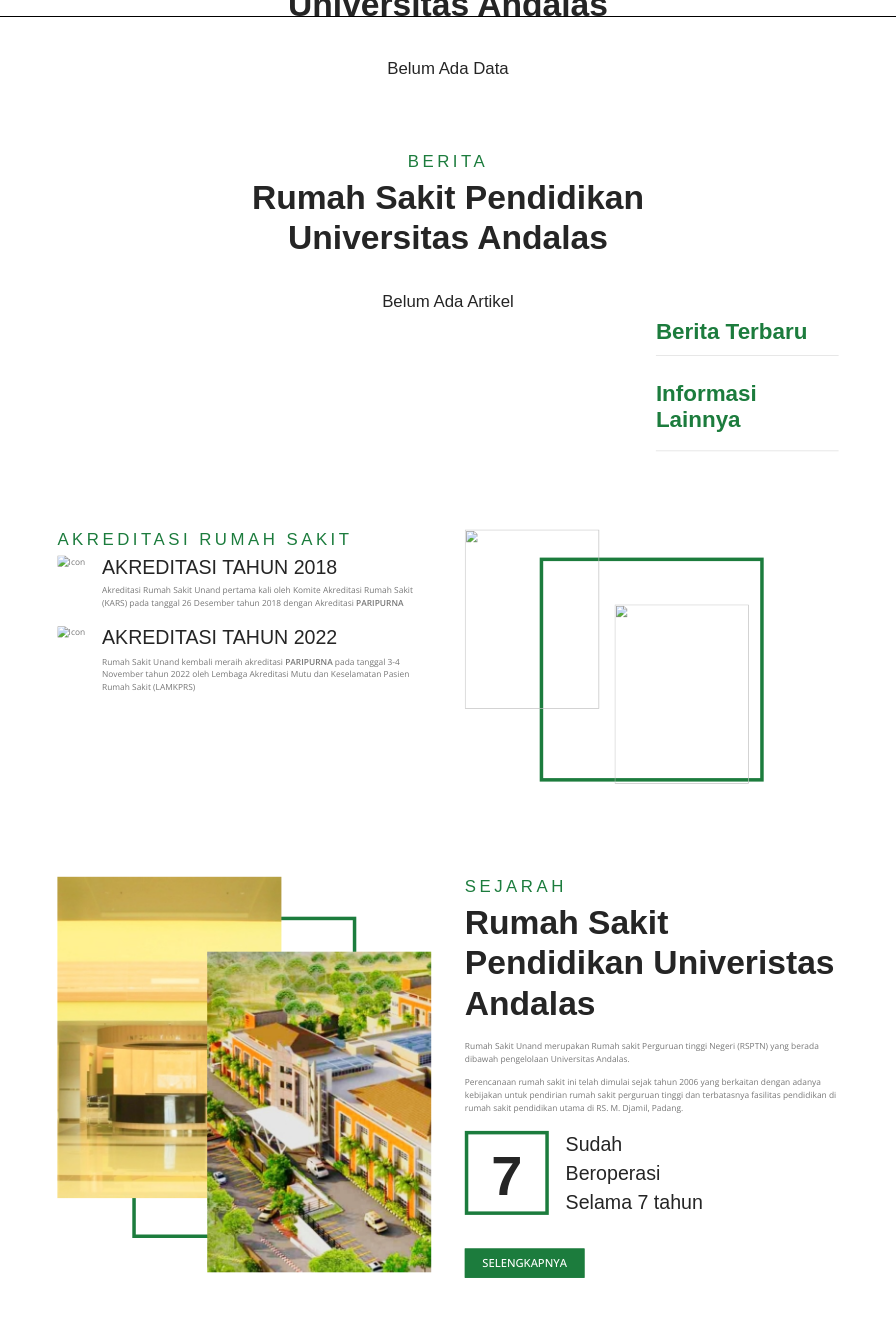
Repository: vivin-erialis/rsunand-site
Page: http://localhost/
The author's editor kept a copy of each file at every save. The page is drawn from the files as they stood at one save, then again after the next save.
The browser window is 1280 px wide. The pictures show the part of the page from y = 342 to 2262 px (the page is 3111 px tall), at 70% of full size.
Some web fonts or font styles are not loaded; a fallback is used. Some web libraries are served in a nearby version. The page is served by the project's Laravel application, run on PHP 8.4 with Laravel 12. Queries for data that is not in the repository find no rows.

Above is the page before, as saved 2024-06-10 08:18:34.
Console error: TypeError: Cannot read properties of undefined (reading 'version')

After the next save:
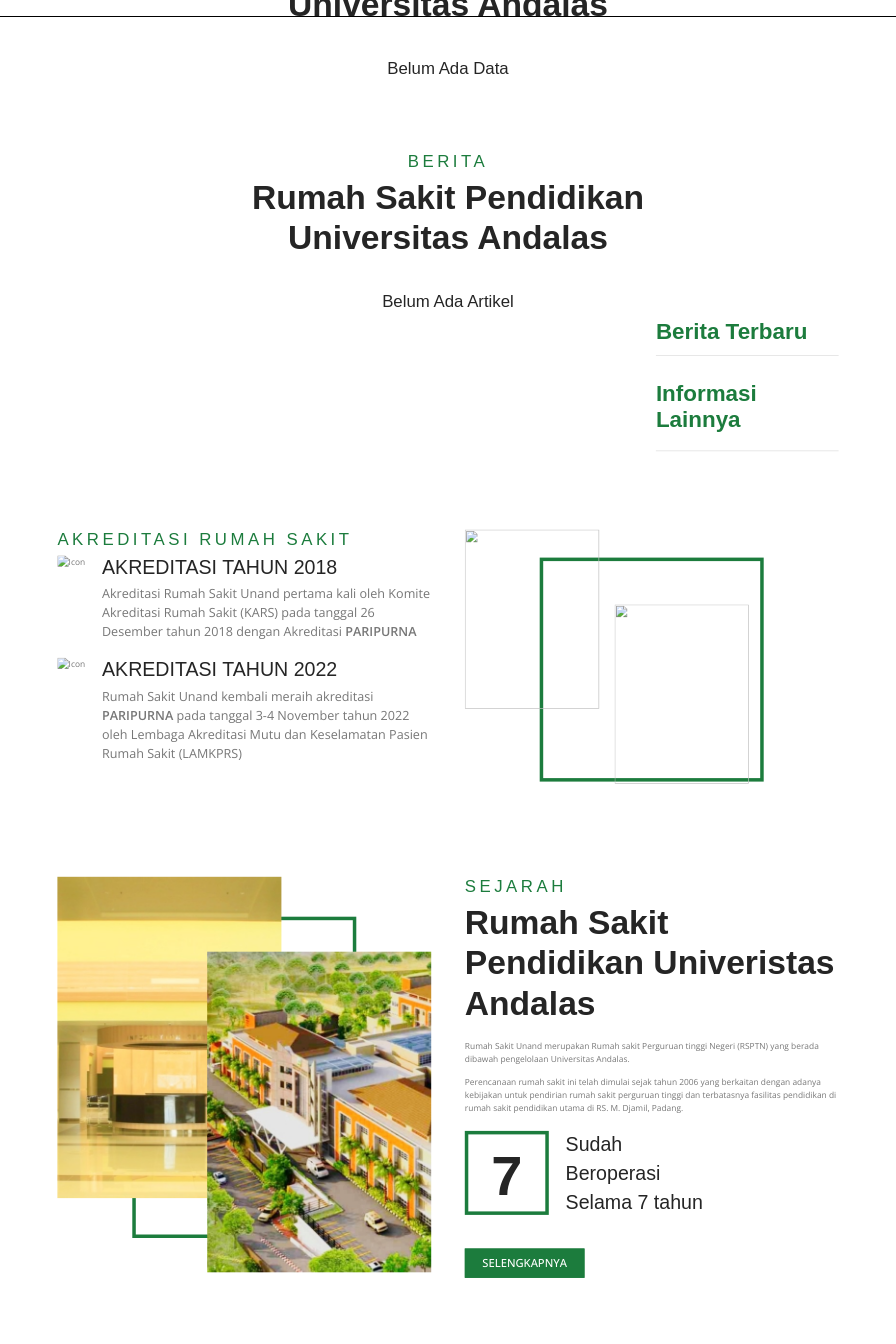
Saved 33 s later.
--- a/resources/views/Frontend/home.blade.php
+++ b/resources/views/Frontend/home.blade.php
@@ -270,7 +270,7 @@
                                 <img class="flex-shrink-0" src="img/icons/icon-2.png" alt="Icon">
                                 <div class="ms-4">
                                     <h3>AKREDITASI TAHUN 2018</h3>
-                                    <p class="mb-0">Akreditasi Rumah Sakit Unand pertama kali oleh Komite Akreditasi
+                                    <p class="mb-0" style="font-size: 18px">Akreditasi Rumah Sakit Unand pertama kali oleh Komite Akreditasi
                                         Rumah Sakit (KARS) pada tanggal 26 Desember tahun 2018 dengan Akreditasi
                                         <strong>PARIPURNA</strong>
                                     </p>
@@ -282,7 +282,7 @@
                                 <img class="flex-shrink-0" src="img/icons/icon-4.png" alt="Icon">
                                 <div class="ms-4">
                                     <h3>AKREDITASI TAHUN 2022</h3>
-                                    <p class="mb-0">Rumah Sakit Unand kembali meraih akreditasi
+                                    <p class="mb-0" style="font-size: 18px">Rumah Sakit Unand kembali meraih akreditasi
                                         <strong>PARIPURNA</strong> pada tanggal 3-4 November tahun 2022 oleh Lembaga
                                         Akreditasi Mutu dan Keselamatan Pasien Rumah Sakit (LAMKPRS) </p>
                                 </div>
